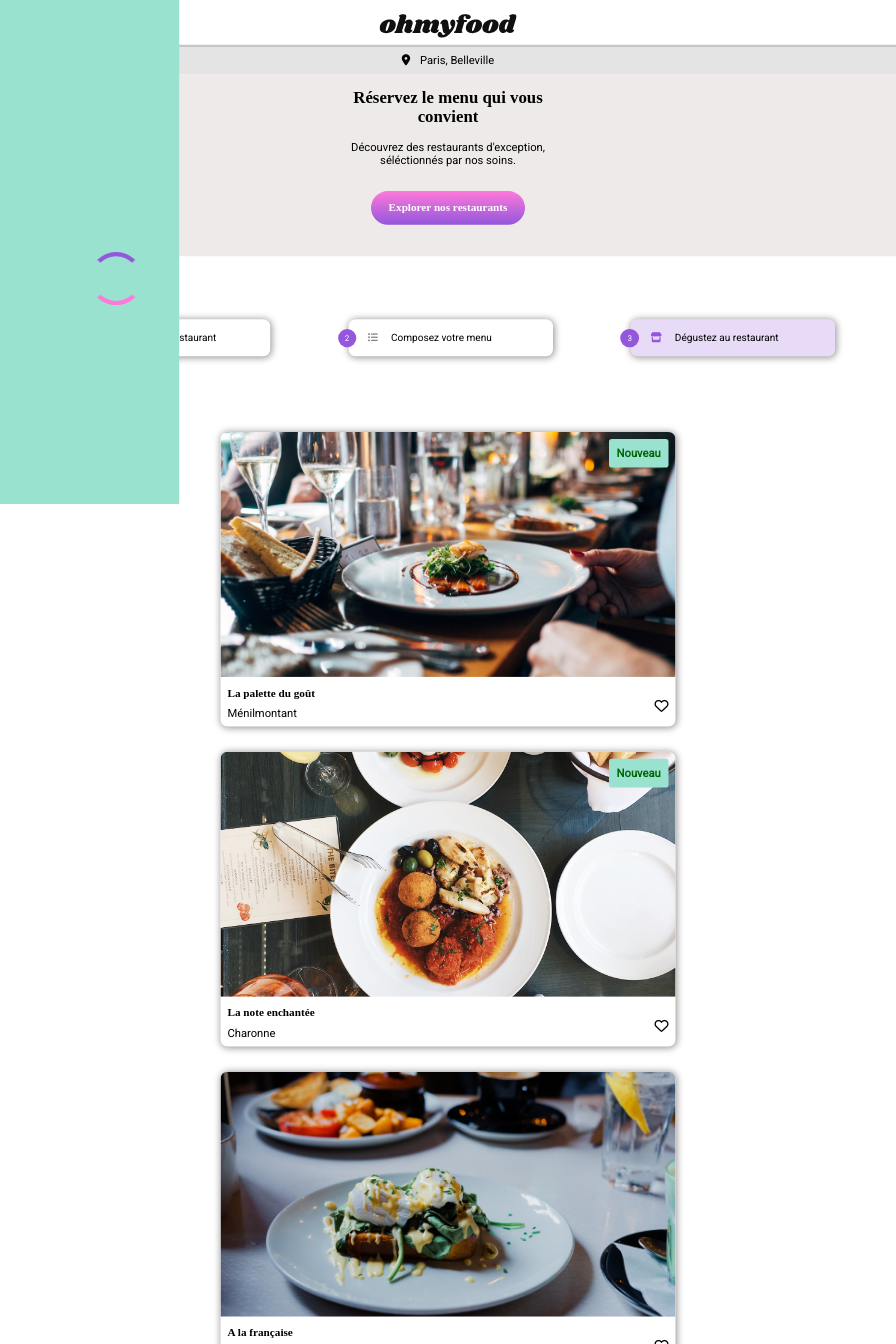
Repository: Micka-17/boimickael_3_16042021
Page: index.html
The author's editor kept a copy of each file at every save. The page is drawn from the files as they stood at one save, then again after the next save.
The browser window is 1280 px wide. The pictures show the part of the page from y = 0 to 1920 px (the page is 2618 px tall), at 70% of full size.
Some web fonts or font styles are not loaded; a fallback is used. Some web libraries are served in a nearby version. The style sheet was rebuilt from its Sass, Less or Tailwind sources for each picture, by a compiler version that may differ from the author's.

Above is the page before, as saved 2021-05-26 10:48:54.

### index.html
<!DOCTYPE html>
<html lang="en">
  <head>
    <meta charset="UTF-8" />
    <meta http-equiv="X-UA-Compatible" content="IE=edge" />
    <meta name="viewport" content="width=device-width, initial-scale=1.0" />
    <link rel="stylesheet" href="css/style.css" />
    <script
      src="https://kit.fontawesome.com/7f2b024bdc.js"
      crossorigin="anonymous"
    ></script>
    <title>OhMyFood</title>
  </head>
  <body>
    <div id="backgroundloader">
      <div id="loader"></div>
    </div>
    <header>
      <div id="logo">
        <img src="images/logo/ohmyfood@2x.svg" alt="OhMyFood" />
      </div>
    </header>
    <section id="sec-1">
      <div id="top">
        <div id="paris">
          <p><i class="fas fa-map-marker-alt icon"></i> Paris, Belleville</p>
        </div>
        <div id="reservation">
          <h2 id="center-top1">Réservez le menu qui vous convient</h2>
          <p id="center-top2">
            Découvrez des restaurants d'exception, séléctionnés par nos soins.
          </p>
          <a id="btn" href="#sec-3">Explorer nos restaurants</a>
        </div>
      </div>
    </section>
    <section id="sec-2">
      <div class="fonctionnement">
        <h3 class="h3s">Fonctionnement</h3>
        <ul class="bolder">
          <li>
            <i class="fas fa-mobile-alt icon-top"></i> Choisissez un restaurant
            <p id="number1">1</p>
          </li>
          <li>
            <i class="fas fa-list-ul icon-top"></i> Composez votre menu
            <p id="number2">2</p>
          </li>
          <li id="li-3">
            <i class="fas fa-store icon-top-purple"></i> Dégustez au restaurant
            <p id="number3">3</p>
          </li>
        </ul>
      </div>
    </section>
    <section id="sec-3">
      <h3 class="h3s">Restaurants</h3>
      <div class="choice">
        <a href="pages/la_palette_du_gout.html">
          <div class="card">
            <p class="nouveau">Nouveau</p>
            <img
              id="new"
              class="imga"
              src="images/restaurants/la_palette_du_gout.jpg"
              alt="la_palette_du_gout"
            />
            <div class="resto">
              <div>
                <h4>La palette du goût</h4>
                <p class="space">Ménilmontant</p>
              </div>
              <div class="loveclcik">
                <i class="far fa-heart love fa-lg"></i>
                <i class="fas fa-heart loves3"></i>
              </div>
            </div>
          </div>
        </a>
        <a href="pages/la_note_enchantee.html">
          <div class="card">
            <p class="nouveau">Nouveau</p>
            <img
              class="imga"
              src="images/restaurants/la_note_enchantee.jpg"
              alt="la_note_enchantee"
            />
            <div class="resto">
              <div>
                <h4>La note enchantée</h4>
                <p class="space">Charonne</p>
              </div>
              <div class="loveclcik">
                <i class="far fa-heart love fa-lg"></i>
                <i class="fas fa-heart loves3"></i>
              </div>
            </div>
          </div>
        </a>
        <a href="pages/a_la_francaise.html">
          <div class="card">
            <img
              class="imga"
              src="images/restaurants/a_la_française.jpg"
              alt="a_la_française"
            />
            <div class="resto">
              <div>
                <h4>A la française</h4>
                <p class="space">Cité Rouge</p>
              </div>
              <div class="loveclcik">
                <i class="far fa-heart love fa-lg"></i>
                <i class="fas fa-heart loves3"></i>
              </div>
            </div>
          </div>
        </a>
        <a href="pages/le_delice_des_sens.html">
          <div class="card">
            <img
              class="imga"
              src="images/restaurants/le_delice_des_sens.jpg"
              alt="le_delice_des_sens"
            />
            <div class="resto">
              <div>
                <h4>Le delice des sens</h4>
                <p class="space">Folie-Méricourt</p>
              </div>
              <div class="loveclcik">
                <i class="far fa-heart love fa-lg"></i>
                <i class="fas fa-heart loves3"></i>
              </div>
            </div>
          </div>
        </a>
      </div>
    </section>
    <section class="end">
      <footer>
        <div>
          <h3 id="logo-white">ohmyfood</h3>
          <div class="end-ul">
            <p>
              <i class="fas fa-utensils icon-footer"></i> Proposer un restaurant
            </p>
            <p>
              <i class="fas fa-hands-helping icon-footer"></i> Devenir
              partenaire
            </p>
            <p>Mentions légales</p>
            <a id="contact" href="mailto:contact@ohmyfood.com"
              ><p>Contact</p></a
            >
          </div>
        </div>
      </footer>
    </section>
  </body>
</html>

### sass/style.scss
@import "./directories/Utils/variables-mixin";
@import "./directories/Base/main.scss";



ul {
    font-family: 'Roboto', sans-serif;
    font-size: 0.9em;
    @media (min-width: 430px) {
        max-width: 450px;
    }
        @media (min-width: 1000px) {
            display: flex;
            min-width: 100%;
            justify-content: space-evenly;
        }
}

#backgroundloader {
    position: absolute;
    top: 0;
    left: 0;
    background-color: $color3;
    min-width: 20%;
    height: 100%;
    animation: loader2 33s;
    animation-fill-mode: both;
    animation-timing-function: step-end;
  }
#loader {
    position: absolute;
    height: 70px;
    top: 50%;
    right: 50%;
    bottom: 50%;
    left: 50%;
    width: 64px;
    height: 64px;
    border-radius: 50%;
    border: 6px solid rgb(255, 255, 255);
    border-color: $color1 transparent $color2 transparent;
    animation: dual-ring 0.8s infinite, loader 3s;
    animation-delay: 0.2s;
    animation-fill-mode: both;
  }

#contact {
    color: white;
}

.spacediv p {
    font-family: 'Roboto', sans-serif;
    text-overflow: ellipsis;
    overflow: hidden;
    white-space: nowrap;
}

#logo {
    display: flex;
    justify-content: center;
    margin-top: 20px;
    margin-bottom: 10px;
}

#paris {
    display: flex;
    justify-content: center;
    border-top: solid 3px rgba(128, 128, 128, 0.301);
    min-width: 321px;
    padding-top: 10px;
    padding-bottom: 10px;
    background-color: rgba(128, 128, 128, 0.212);
        .icon {
            margin-right: 10px;
        }
}

#reservation {
    display: flex;
    justify-content: center;
    flex-direction: column;
    place-items: center;
    background-color: rgb(238, 234, 234);
    padding-bottom: 45px;
        #btn {
            @include btn();
                &:hover {
                    filter: brightness(1.50);
                    box-shadow: 0px 0px 10px 15px gray;
                }
        }
}

#center-top1 {
    text-align: center;
    margin-top: 20px;
    max-width: 350px;
}

#center-top2 {
    margin-top: 20px;
    margin-bottom: 20px;
    text-align: center;
    max-width: 350px;
}


.icon-top {
    color: gray;
    margin-right: 15px;
    margin-left: 10px;
}

.icon-top-purple {
    color: $color1;
    margin-right: 15px;
    margin-left: 10px;
}

#li-3 {
    background-color: #9256dc36;
}

li { position: relative;
    background-color: #ffffff;
    border-radius: 10px;
    padding: 18px;
    margin: 18px;
    margin-left: 25px;
    box-shadow: 1px 1px 10px 1px rgb(151, 145, 145);
    min-width: 20%;
        #number1 {
            position: absolute;
            top: 15px;
            left: -14px;
            background-color: $color1;
            border-radius: 50px;
            padding: 6px 10px;
            font-size: 0.8em;
            color: white;
        }
            #number2 {
                position: absolute;
                top: 14px;
                left: -15px;
                background-color: $color1;
                border-radius: 50px;
                padding: 6px 10px;
                font-size: 0.8em;
                color: white;
            }
                #number3 {
                    position: absolute;
                    top: 14px;
                    left: -15px;
                    background-color: $color1;
                    border-radius: 50px;
                    padding: 6px 10px;
                    font-size: 0.8em;
                    color: white;
                }
}
.space {
    margin-top: 10px;
    margin-bottom: 10px;
}
.card {
    background-color: #ffffff;
    border-radius: 10px;
    padding: 0px;
    margin: 18px;
    box-shadow: 1px 1px 10px 1px rgb(151, 145, 145);
    max-width: 100%;
}
.imga {
    object-fit: cover;
    border-radius: 10px 10px 0px 0px;
    width: 650px;
    height: 350px;
        @media (max-width:900px) {
            max-width: 100%;
        }
            @media (max-width:500px) {
                max-width: 100%;
                height: 240px;
            }
                @media (max-width:380px) {
                    height: 220px;
                }
}
.card {
    position: relative;
}
.nouveau {
    position: absolute;
    padding: 0.7rem;
    border-radius: 0.25rem;
    color: darkgreen;
    font-weight: bold;
    right: 10px;
    top: 10px;
    background-color: #99e2d0;
}

.h3s {
    margin: 40px 0px 10px 20px;

}

.choice {
    display: flex;
    flex-direction: column;
    place-items: center;
    flex-wrap: wrap;
        .resto {
            display: flex;
            justify-content: space-between;
            align-items: center;
            margin: 10px;
        }
            @media (min-width: 630px) {
                flex-wrap: wrap;
                flex-direction: row;
                justify-content: center;
            }
                @media (min-width: 1350px) {
                    display: grid;
                    grid-template-rows: 50% 50%;
                    grid-template-columns: 50% 50%;
                }
}


footer {
    margin-top: 30px;
    padding: 10px;
    background-color: rgb(54, 54, 54);
    color: white;
        #logo-white {
            font-family: 'Shrikhand', cursive;
            font-weight: 300;
            margin-bottom: 15px;
            margin-left: 20px;
            margin-top: 10px;
        }
            li {
                background-color: transparent;
                border-radius: 0;
                padding: 5px;
                margin-left: 20px;
                box-shadow: none;
                display: flex;
                margin-top: 5px;
                margin-bottom: 5px;
            }
                .icon-footer {
                    max-width: 2px;
                    max-height: 2px;
                    margin-right: 25px;
                }
                    @media (min-width:1000px) {
                        padding: 40px;
                    }
}


//pages 2

.img-top {
    min-width: 100%;
    max-height: 510px;
}

.arrow {
    position: absolute;
    left: 20px;
    top: 30px;
    color: rgba(0, 0, 0, 0.801);
}
#margtitle {
    margin-left: 15px;
    max-width: 220px;
}
img {
    object-fit: cover;
}
.titlemargall {
    margin-top: 30px;
    margin-left: 15px;
    border-bottom: solid rgba(55, 224, 55, 0.541);
    max-width: 30px;
}
#middle {
    position: absolute;
    top: 240px;
    min-width: 100%;
    min-height: 980px;
    background-color: rgb(231, 229, 229);
    border-radius: 20px 20px 0px 0;
    padding-top: 30px;
     .entrees {
        @include centre();
        @include capsule();
     }
        .bold {
            font-weight: bold;
            font-size: 1em;
        }
        .bolder {
            font-weight: bold;
            font-size: 0.6m;
                @media (min-width: 1000px) {
                    margin: 15px;
                }
        }
            p {
                font-size: 0.7em;
            }
                .loves1 {
                    position: absolute;
                    right: 15px;
                    color: gray
                }
}

.loves2 {
    display: none;
    opacity: 0;
    background: linear-gradient(0deg,#9356dc,#ff79da);
    background-clip: text;
    -webkit-background-clip: text;
    -moz-background-clip: text;
    -webkit-text-fill-color: transparent;
    position: absolute;
    right: 15px;
}
#margtitle:hover .loves2 {
    animation: fadeout;
    opacity: 1;
    animation-duration: .5s;
    display: inline-block;
    justify-content: center;
}

.loves3 {
    display: none;
    opacity: 0;
    background: linear-gradient(0deg,#9356dc,#ff79da);
    background-clip: text;
    -webkit-background-clip: text;
    -moz-background-clip: text;
    -webkit-text-fill-color: transparent;
    position: absolute;
    right: 9px;
    bottom: 18px;
}
.loveclcik:hover .loves3 {
    animation: fadeout2;
    opacity: 1;
    animation-duration: .5s;
    display: inline-block;
    justify-content: center;
    font-size: 1.5em;
}

#entrees {
    animation: slideup 1s;
    animation-duration: 1s;
}
#plats {
    animation: slideup 1s;
    animation-duration: 5s;
}
#desserts {
    animation: slideup 1s;
    animation-duration: 8s;
}


.entrees, .plats, .desserts {
    cursor: pointer;
        @media (max-width:321px) {
            width: 300px;
        }
        @media (max-width:378px) {
            max-width: 100%;
        }
        @media (max-width:414px) {
            max-width: 100%;
        }
        @media (min-width: 1000px) {
            min-height: 90px;
            width: 100%;
        }
}

.spacediv {
    width: 100%;
    overflow: hidden;
    @include spacediv();
        @media (min-width: 1000px) {
            justify-content: space-evenly;
        }
}
.plats {
    @include capsule();
    @include centre();
}
.desserts {
    @include capsule();
    @include centre();
}

.responsive {
    @media (min-width: 1000px) {
        display: flex;
        justify-content: center;
    }
}

.responsive-entrees {
    @media (min-width: 1000px) {
        display: flex;
        justify-content: center;
    }
}

#btnp2 {
    @include btn();
    margin-top: 40px;
        &:hover {
            filter: brightness(1.50);
            box-shadow: 0px 0px 10px 15px gray;
        }
         @media (min-width: 1000px) {
            margin-top: 150px;
         }
}

#placement-btn {
    display: flex;
    justify-content: center;
    place-items: center;
}

.end1 {
    position: absolute;
    top: 1151px;
    min-width: 100%;
}

.end {
    position: absolute;
    min-width: 100%;
}

.end-ul {
        @media (min-width: 430px) {
        max-width: 450px;
    }
        @media (min-width: 1000px) {
            display: flex;
            min-width: 100%;
            flex-direction: row;
            justify-content: space-evenly;
        }
}

.end-ul p {
    margin: 8px;
    margin-left: 20px;
}

//page la note enchantee

 .align-price{
    display: flex;
    align-items: flex-end;
    margin-bottom: 8px;
    margin-right: 8px;
}

.check {
    width: 0px;
    transition-duration: 1s;
    font-size: 1.5em;
     & i {
        display: none;
        place-items: center;
        color: white;
     }
}

.entrees:hover .check {
    width: 90px;
    height: 51px;
    background-color: $color3;
    display: flex;
    justify-content: center;
    border-radius: 0 20% 20% 0;
        @media (max-width: 1000px) {
            width: 65px;
        }
            & .rotation {
                display: flex;
                place-items: center;
            }
                & .rond {
                    display: flex;
                    place-items: center;
                    transform-origin: center;
                    animation: spin;
                    animation-duration: 1s;
                }
                    @media (min-width: 1000px) {
                        height: 90px;
                        border-radius: 0 10% 10% 0;
                    }
}


.plats:hover .check {
    width: 90px;
    height: 51px;
    background-color: $color3;
    display: flex;
    justify-content: center;
    border-radius: 0 20% 20% 0;
        @media (max-width: 1000px) {
            width: 65px;
        }
            & .rotation {
                display: flex;
                place-items: center;
            }
                & .rond {
                    display: flex;
                    place-items: center;
                    transform-origin: center;
                    animation: spin;
                    animation-duration: 1s;
                }
                    @media (min-width: 1000px) {
                        height: 90px;
                        border-radius: 0 10% 10% 0;
                    }
}

.desserts:hover .check {
    width: 90px;
    height: 51px;
    background-color: $color3;
    display: flex;
    justify-content: center;
    border-radius: 0 20% 20% 0;
        @media (max-width: 1000px) {
            width: 65px;
        }
            & .rotation {
                display: flex;
                place-items: center;
            }
                & .rond {
                    display: flex;
                    place-items: center;
                    transform-origin: center;
                    animation: spin;
                    animation-duration: 1s;
                }
                    @media (min-width: 1000px) {
                        height: 90px;
                        border-radius: 0 10% 10% 0;
                    }
}

### sass/directories/Utils/_variables-mixin.scss
$color1: #9356DC;
$color2: #FF79DA;
$color3: #99E2D0;

@mixin centre {
    display: flex;
    justify-content: space-between;
}

@mixin capsule {
    background-color: whitesmoke;
    border-radius: 10px;
    box-shadow: 1px 1px 10px 1px rgb(226, 226, 226);
    margin: 10px;
    overflow: hidden;
}
 @mixin spacediv {
    min-height: 35px;
    display: flex;
    flex-direction: column;
    justify-content: space-between;
    padding: 8px;
 }
@mixin btn {
    background: linear-gradient($color2, $color1);
    border-radius: 50px;
    border: none;
    box-shadow: gray;
    color: white;
    font-weight: bold;
    max-width: 200px;
    min-width: 200px;
    margin-top: 15px;
    padding: 15px 10px;
    text-align: center;
    text-decoration: none
}

@keyframes fadein {
    from {
        transform: scaleX(0);
    }

    to {
        transform: scaleX(1);
    }
}

@keyframes fadeout {
    from {
        transform: scaleY(0);
    }

    to {
        transform: scaleY(1);
    }
}
@keyframes fadeout2 {
    from {
        transform: scale(0);
    }

    to {
        transform: scale(1.5);
    }
}

@keyframes spin {
    from {
        transform: rotate(0deg);
    } to {
        transform: rotate(360deg);
    }
}

@keyframes slideup {
    from {
        transform: translateY(50px);
        opacity: 0;
    }
    to {
        transform: translateY(0px);
        opacity: 1;
    }
}


 @keyframes dual-ring {
    0% {
      transform: rotate(0deg);
      opacity: 100%;
    }
    50% {
        transform: rotate(180deg);
        opacity: 10%;
      }
    100% {
      transform: rotate(360deg);
      opacity: 100%;
    }
  }

@keyframes loader {
    0% {
    opacity: 100%;
    }
    99% {
        opacity: 100%;
    }
    100% {
        opacity: 100%;
    }
}

@keyframes loader2 {
    0% {
    opacity: 100%;
    z-index: 9999;
    }
    99% {
        opacity: 0;
        z-index: -1000;
    }
    100% {
        opacity: 0;
        z-index: -1000;
    }
}

### sass/directories/Base/main.scss
@import url('https://fonts.googleapis.com/css2?family=Roboto&family=Shrikhand&display=swap');

* {
    margin: 0;
    padding: 0;
    text-decoration: none;
    list-style-type: none;
}
#margtitle {
    font-family: Shrikhand;
    font-weight: 100;
    font-size: 1.2em;
}
p {
    font-family: 'Roboto', sans-serif;
}
a {
    text-decoration: none;
    list-style: none;
    color: rgb(0, 0, 0);
}

After the next save:
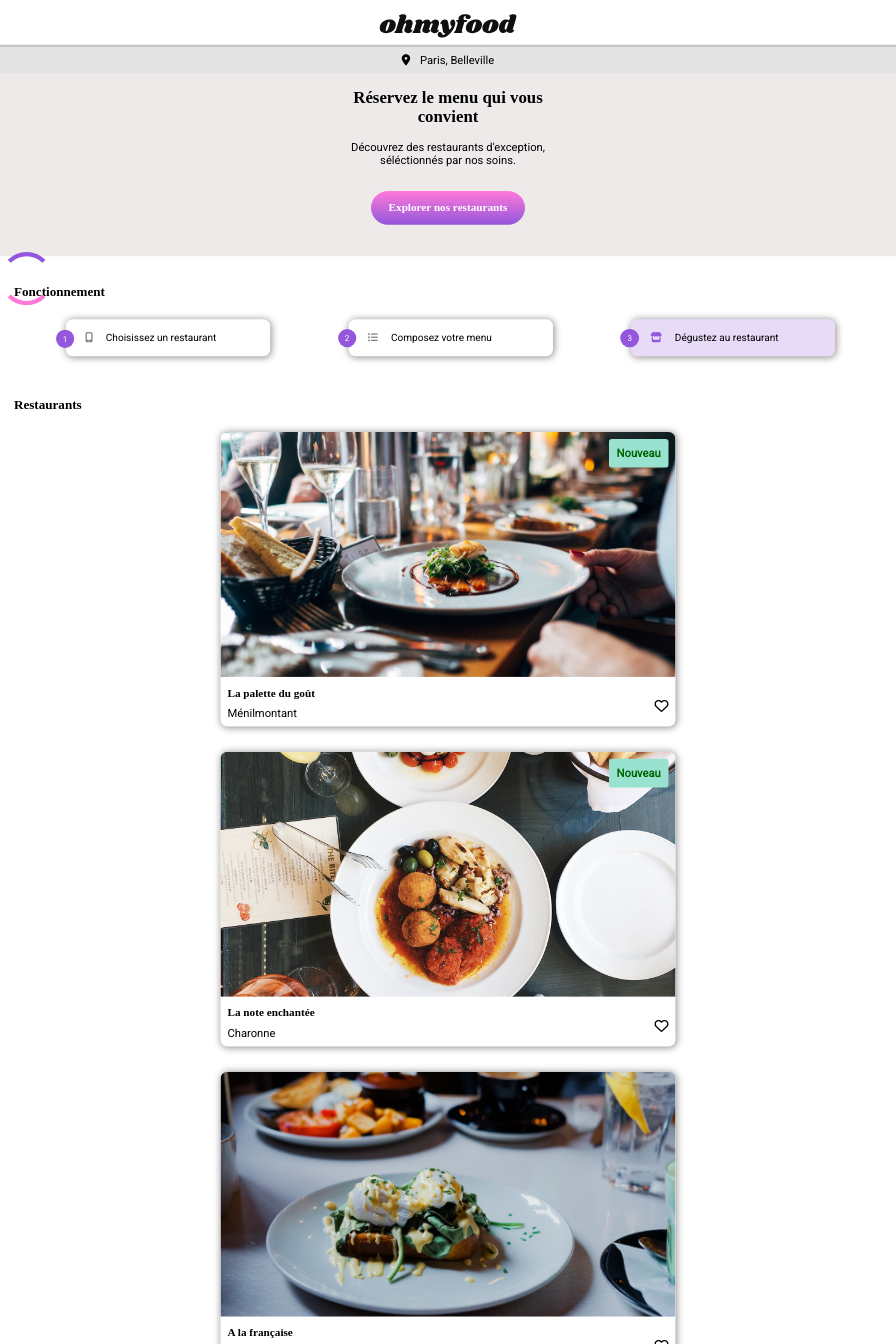
Saved 4 s later.
--- a/sass/style.scss
+++ b/sass/style.scss
@@ -21,7 +21,7 @@ ul {
     top: 0;
     left: 0;
     background-color: $color3;
-    min-width: 20%;
+    min-width: 0%;
     height: 100%;
     animation: loader2 33s;
     animation-fill-mode: both;
